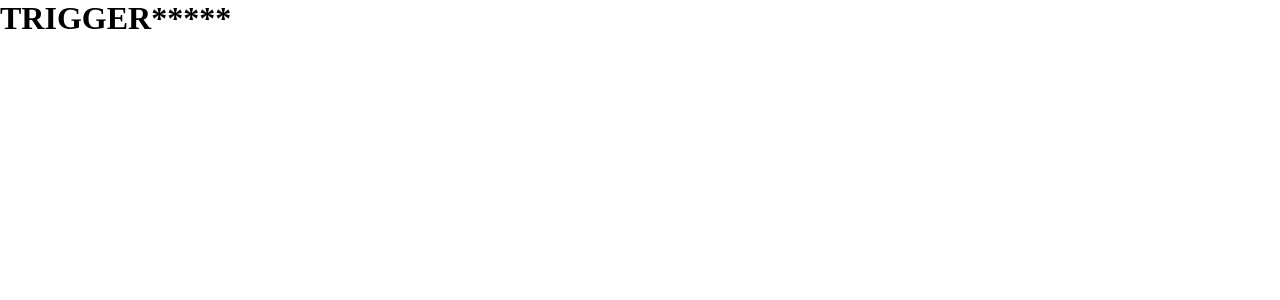
Repository: chlguswns1/web-practice
Page: jQuery/src/main/webapp/04_Events.html
An editor plug-in stored every save of this project. The page is shown before and after the next save, followed by the edit.
The browser window is 1280 px wide. The pictures show the whole page.

Above is the page before, as saved 2023-03-10 03:37:02.

### jQuery/src/main/webapp/04_Events.html
<!DOCTYPE html>
<html>
<head>
<meta charset="UTF-8">
<title>Events</title>

<style type="text/css">

/* 1-2) / 2. 이벤트 연결 */
    .reverse {background:Black; color:White;}

/* 4.매개변수 Context */
    * { margin:0px; padding:0px }

    div {
        margin:5px; padding:3px;
        border:3px solid black;
        border-radius:10px;
    }

/* 8. 마우스 이벤트 */
    .outer {
    	width:200px; height:200px;
    	background:Orange; padding:50px;
    	margin:10px;
    }
    .inner {
    	width:100%; height:100%;
    	background:Pink;
    }

</style>

<script src=""></script>
<script src="./js/jquery-3.6.3.js"></script>
<script type="text/javascript">

/* 1. 이벤트 연결1
// - on()
// - 사용 형태

$(function() {
//    1) $(selector).on(eventName, function(event){ });
	//이벤트 연결
	$('h1').on('click',function(event){//클릭시 이벤트 발생
		$(this).html(function(index,html) {
			return html + '+';
		});
	});


//    2) $(selector).on(object);
	$('h1').on({
		mouseenter:function(){
			$(this).addClass('reverse');
		},
		mouseleave:function(){
			$(this).removeClass('reverse');
		}
	});
});
*/
/* 2. 이벤트 연결2
// - hover():mouseenter 이벤트와 mouseleave 이벤트를 동시에 연결.
// - $(selector).hover(function(event){}, function(event){});
	$(function(){
		$('h1').hover(function() {
			$(this).addClass('reverse');
		},function() {
			$(this).removeClass('reverse');
		})
	})


$(function(){
	//이벤트 연결//이벤트가 발생되고
	$('h1').click(function() {
		$(this).html('CLICK');

//3. 이벤트 제거 //한번만 발동시키고 싶으면 off를 사용하면 된다
	$(this).off();
// - off() -> one()
	});
});

	*/

/* 4. 매개변수 context
// - $(selector, context)
//   . context:selector가 적용하는 범위를 한정.
//   . 특정 부분의 선택자를 선택하고 싶을 때 사용하는 매개변수.

	$(function() {
		$('div').click(function () {
			var header = $('h1',this).text();
			var paragraph = $('p',this).text();

			alert(header + ' : ' + paragraph);
		});
	});
	 */

/* 5. 이벤트 강제 발생 *///클릭을 하지않더라고 강제로 이벤트를 발생시키냐
// - 사용 형태
//   1) $(selector).trigger(eventName);

	$(function () {
		$('h1').click(function(index,html) {
			$(this).html(function(index,html) {
				return html +'*';
			});

		});

		setInterval(function() {
			//$('h1').last().trigger('click');//trigger이벤트를 강제로 발생시키는거같은 이벤터
			$('h1').last().click()
		},1000);
	});



//   2) $(selector).trigger(eventName, data);





/* 6. 기본 이벤트 제거 */


/* 7. 이벤트 통합 메서드 */
// - on() :이벤트를 연결.
// - off():이벤트를 제거.


/* 8. 마우스 이벤트 */
// -click      : 마우스 클릭할 때 이벤트 발생.
// -dbcllick   : 마우스 더블클릭할 때 이벤트 발생.
// -mousedown  : 마우스 버튼을 누를 때 이벤트 발생.
// -mouseup    : 마우스 버튼을 뗄 때 이벤트 발생.
// -mouseenter : 마우스가 요소의 경계 외부에서 내부로 이동할 때 발생.
// -mouseleave : 마우스가 요소의 경계 내부에서 외부로 이동할 때 발생.
// -mousemove  : 마우스를 움직일 때 발생.
// -mouseout   : 마우스가 요소를 벗어날 때 발생.
// -mouseover  : 마우스가 요소 안에 들어올 때 발생.



/* 9. 키보드 이벤트 */
// -keydown  : 키보드가 눌러질 때 발생.
// -keypress : 글자가 입력될 때 발생(한글지원x).
// -keyup    : 키보드가 떼어질 때 발생.




</script>
</head>

<body>

<!-- 1/2/3. 이벤트 연결/제거
    <h1>Header-0</h1>
    <h1>Header-1</h1>
    <h1>Header-2</h1>
-->

<!-- 1-3)
    <div id="wrap">
        <h1>Header</h1>
    </div>
-->

<!-- 4. 매개변수 context
    <div>
        <h1>Header1</h1>
        <p>Paragraph1</p>
    </div>
    <div>
        <h1>Header2</h1>
        <p>Paragraph2</p>
    </div>
    <div>
        <h1>Header3</h1>
        <p>Paragraph3</p>
    </div>
 -->

<!-- 5-1). 이벤트 강제 발생
    <h1>Start: </h1>
    <h1>Start: </h1>

-->
<!-- 5-2). 이벤트 강제 발생 -->
    <h1>TRIGGER</h1>


<!-- 6. 기본 이벤트 제거
    <h1>
        <a href="https://www.naver.com">네이버</a>
    </h1>
-->

<!-- 7. 이벤트 통합 메서드
    <div>
        <h1>$(selector).on()</h1>
        <p>Lorem ipsum dolor sit amet, consectetur adipiscing elit.</p>
    </div>
-->

<!-- 8. 마우스 이벤트
    <div class="outer">
        <div class="inner"></div>
    </div>
-->

<!-- 9. 키보드 이벤트
    <div>
        <p>지금 내 생각을</p>
        <h1>150</h1>
        <textarea cols="70" rows="5"></textarea>
    </div>
-->

</body>
</html>

Loaded but not shown: jQuery/src/main/webapp/js/jquery-3.6.3.js (library)

After the next save:
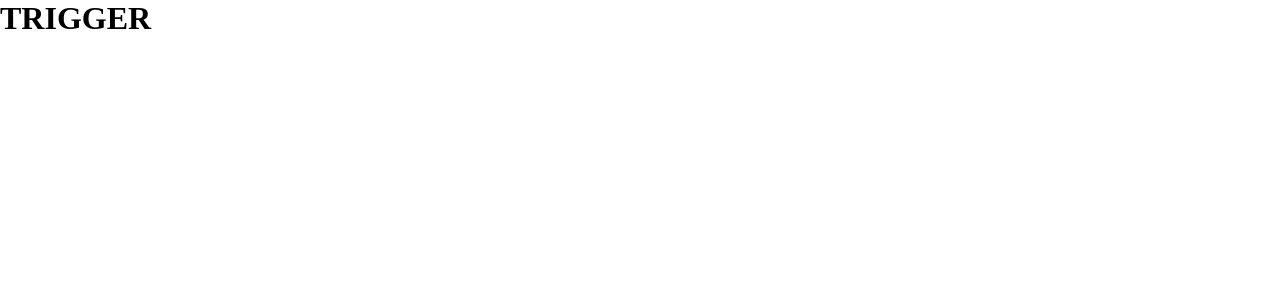
Saved 81 s later.
--- a/jQuery/src/main/webapp/04_Events.html
+++ b/jQuery/src/main/webapp/04_Events.html
@@ -103,7 +103,7 @@ $(function(){
 /* 5. 이벤트 강제 발생 *///클릭을 하지않더라고 강제로 이벤트를 발생시키냐
 // - 사용 형태
 //   1) $(selector).trigger(eventName);
-
+	/*
 	$(function () {
 		$('h1').click(function(index,html) {
 			$(this).html(function(index,html) {
@@ -116,13 +116,16 @@ $(function(){
 			//$('h1').last().trigger('click');//trigger이벤트를 강제로 발생시키는거같은 이벤터
 			$('h1').last().click()
 		},1000);
-	});
+	}); */
 
 
 
 //   2) $(selector).trigger(eventName, data);
 
-
+	$(function () {
+		$('h1').click();
+
+	})
 
 
 
